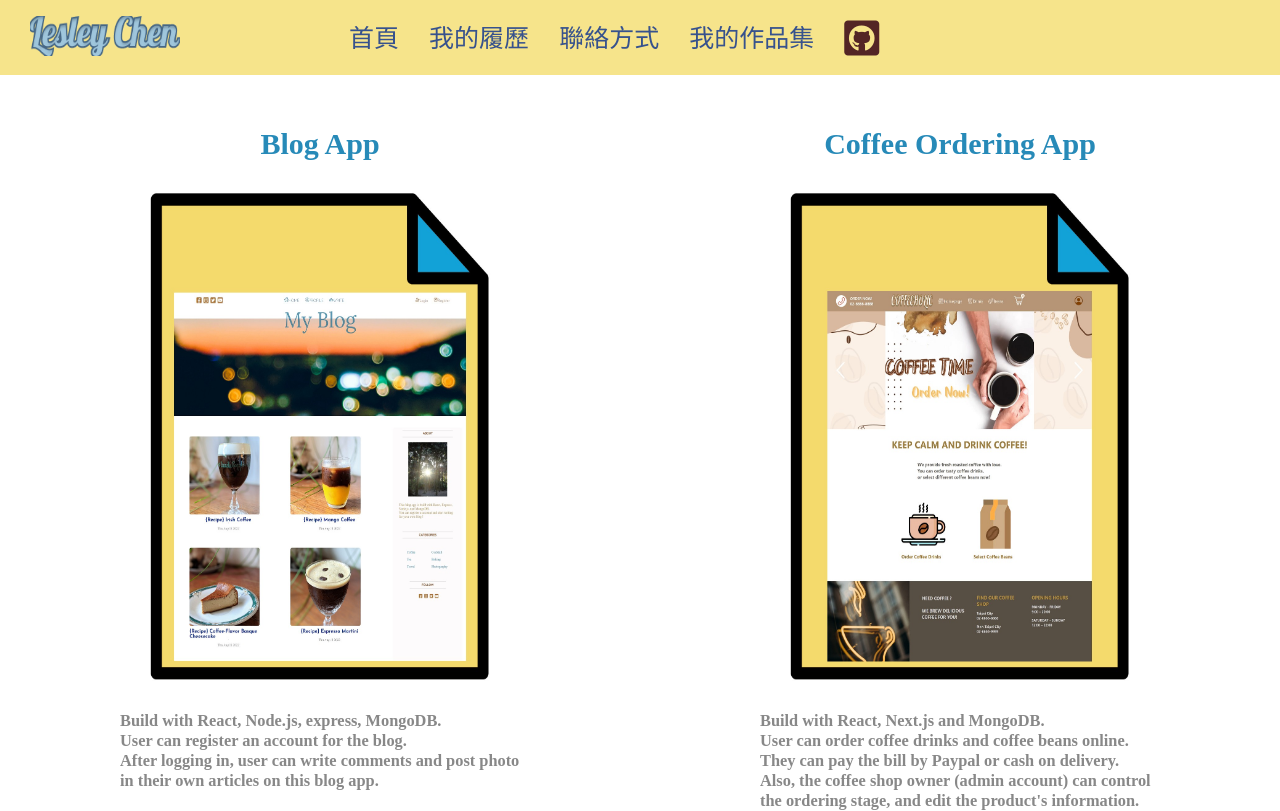
Repository: lcjyc/portfolio-website
Page: /portfolio
These files come from the project's save history. The page is drawn as it stood at one moment and after the next save; the edit follows.
The browser window is 1280 px wide. The pictures show the whole page.
The project was rebuilt for these pictures with package versions that can differ from the ones it lists, and the page was loaded fresh each time. Also part of the build but not shown: src/pages/home/home.css, src/pages/home/Home.jsx, src/pages/resume/resume.css, src/pages/resume/Resume.jsx, src/pages/contact/contact.css, src/pages/contact/Contact.jsx.

Above is the page before, as saved 2022-08-21 16:04:03.

### public/index.html
<!DOCTYPE html>
<html lang="zh-tw">
  <head>
    <meta charset="utf-8" />
    <meta name="viewport" content="width=device-width, initial-scale=1" />
    <meta name="theme-color" content="#000000" />
    <meta
      name="description"
      content="Web site created using create-react-app"
    />
    <link
      href="https://fonts.googleapis.com/css2?family=Josefin+Sans:wght@100;200;300;400;500;600;700&family=Lora:ital@0;1&family=Varela&family=Varela+Round&display=swap"
      rel="stylesheet"
    />
    <link
      rel="stylesheet"
      href="https://cdnjs.cloudflare.com/ajax/libs/font-awesome/5.15.3/css/all.min.css"
      integrity="sha512-iBBXm8fW90+nuLcSKlbmrPcLa0OT92xO1BIsZ+ywDWZCvqsWgccV3gFoRBv0z+8dLJgyAHIhR35VZc2oM/gI1w=="
      crossorigin="anonymous"
    />
    <style>
      * {
        margin: 0;
      }
    </style>
    <style>
      .link {
        text-decoration: none;
        color: inherit;
      }
    </style>
    <title>Lesley Chen|Portfolio</title>
  </head>

  <body>
    <noscript>You need to enable JavaScript to run this app.</noscript>
    <div id="root"></div>
  </body>
</html>

### src/App.js
import TopBar from "./components/topbar/TopBar";
import Home from "./pages/home/Home";
import Resume from "./pages/resume/Resume";
import Contact from "./pages/contact/Contact";
import Portfolio from "./pages/portfolio/Portfolio";

import { BrowserRouter as Router, Routes, Route } from "react-router-dom";

function App() {
  return (
    <Router>
      <TopBar />
      <Routes>
        <Route path="/" element={<Home />} />
        <Route path="/resume" element={<Resume />} />
        <Route path="/contact" element={<Contact />} />
        <Route path="/portfolio" element={<Portfolio />} />
      </Routes>
    </Router>
  );
}

export default App;

### src/components/topbar/TopBar.jsx
import { Link } from "react-router-dom";
import lesley from "../../images/lesley.png";
import "./topbar.css";

export default function TopBar() {
  return (
    <div className="top">
      <div className="topLeft">
        <img src={lesley} alt="" className="topImg" />
      </div>

      <div className="topRight">
        <ul className="topList">
          <li className="topListItem">
            <Link className="link" to="/">
              首頁
            </Link>
          </li>
          <li className="topListItem">
            <Link className="link" to="/resume">
              我的履歷
            </Link>
          </li>
          <li className="topListItem">
            <Link className="link" to="/contact">
              聯絡方式
            </Link>
          </li>
          <li className="topListItem">
            <Link className="link" to="/portfolio">
              我的作品集
            </Link>
          </li>
          <li>
            <a href="https://github.com/lcjyc/">
              <i className="topIcon fab fa-github-square"></i>
            </a>
          </li>
        </ul>
      </div>
    </div>
  );
}

### src/pages/portfolio/Portfolio.jsx
import "./portfolio.css";
import blog from "../../images/blog.jpg";
import coffeeorder from "../../images/coffeeorder.jpg";

const portfolio = () => {
  return (
    <div className="portfolio">
      <div className="left">
        <a
          href="https://lesleyblog.herokuapp.com/"
          target="_blank"
          rel="noopener noreferrer"
          className="link"
        >
          <h1 className="app">Blog App</h1>
        </a>
        <img src={blog} alt="" className="img" />
        <div className="desc">
          <h3>
            Build with React, Node.js, express, MongoDB.
            <br />
            User can register an account for the blog.
            <br />
            After logging in, user can write comments and post photo in their
            own articles on this blog app.
            <br />
          </h3>
        </div>
      </div>
      <div className="right">
        <a
          href="https://coffee-ordering.vercel.app/"
          target="_blank"
          rel="noopener noreferrer"
          className="link"
        >
          <h1 className="app">Coffee Ordering App</h1>
        </a>
        <img src={coffeeorder} alt="" className="img" />
        <div className="desc">
          <h3>
            Build with React, Next.js and MongoDB.
            <br />
            User can order coffee drinks and coffee beans online.
            <br />
            They can pay the bill by Paypal or cash on delivery.
            <br />
            Also, the coffee shop owner (admin account) can control the ordering
            stage, and edit the product's information.
          </h3>
        </div>
      </div>
    </div>
  );
};

export default portfolio;

### src/components/topbar/topbar.css
.top {
  width: 100%;
  height: 6vh;
  background-color: rgba(243, 217, 90, 0.7);
  position: sticky;
  top: 0;
  padding: 1rem 0rem;
  display: flex;
  align-items: center;
  z-index: 999;
}

.topLeft {
  flex: 3;
}

.topImg {
  margin-left: 30px;
  width: 150px;
  height: 40px;
}

.topRight {
  flex: 8;
  display: flex;
}

.topIcon {
  font-size: 40px;
  margin-right: 10px;
  color: rgb(83, 37, 37);
  cursor: pointer;
}

.topList {
  display: flex;
  justify-content: center;
  margin: 0;
  padding: 0;
  list-style: none;
}

.topListItem {
  margin-right: 30px;
  font-size: 25px;
  color: rgb(55, 82, 141);
  cursor: pointer;
}

.topListItem :hover {
  color: white;
}

### src/pages/portfolio/portfolio.css
.portfolio {
  display: flex;
  height: 87vh;
  width: 100%;
  padding-top: 3vh;
}

.left,
.right {
  flex: 1;
  padding: 30px;
  display: block;
  text-align: center;
  width: 600px;
}

.link {
  text-decoration: none;
  cursor: pointer;
}

.app {
  color: rgb(39, 138, 184);
  font-size: 30px;
}

.img {
  height: 550px;
  width: 350px;
  display: block;
  margin: auto;
}

.desc {
  width: 400px;
  text-align: start;
  display: block;
  margin: auto;
  font-size: 14px;
  color: #888;
}

Loaded but not shown: src/index.js (common file)

After the next save:
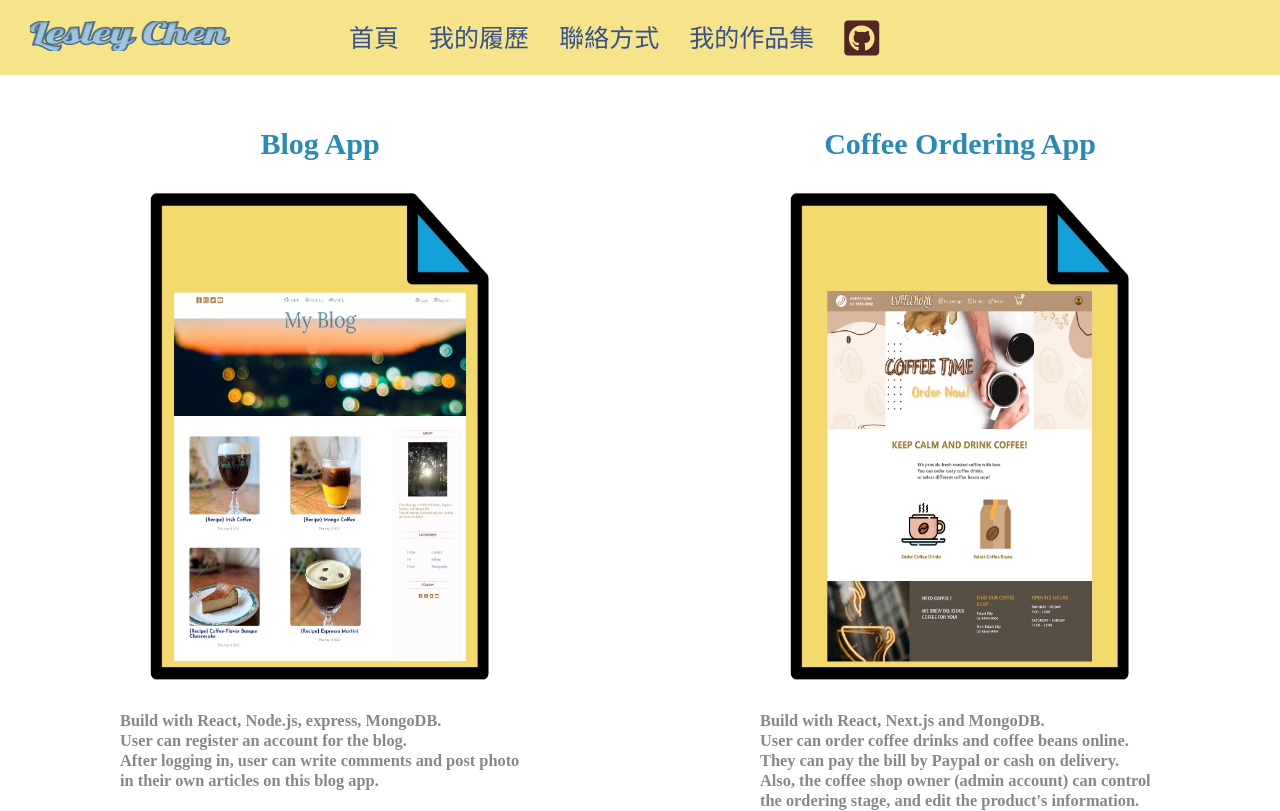
Saved 11 s later.
--- a/src/components/topbar/topbar.css
+++ b/src/components/topbar/topbar.css
@@ -16,8 +16,8 @@
 
 .topImg {
   margin-left: 30px;
-  width: 150px;
-  height: 40px;
+  width: 200px;
+  height: 30px;
 }
 
 .topRight {
